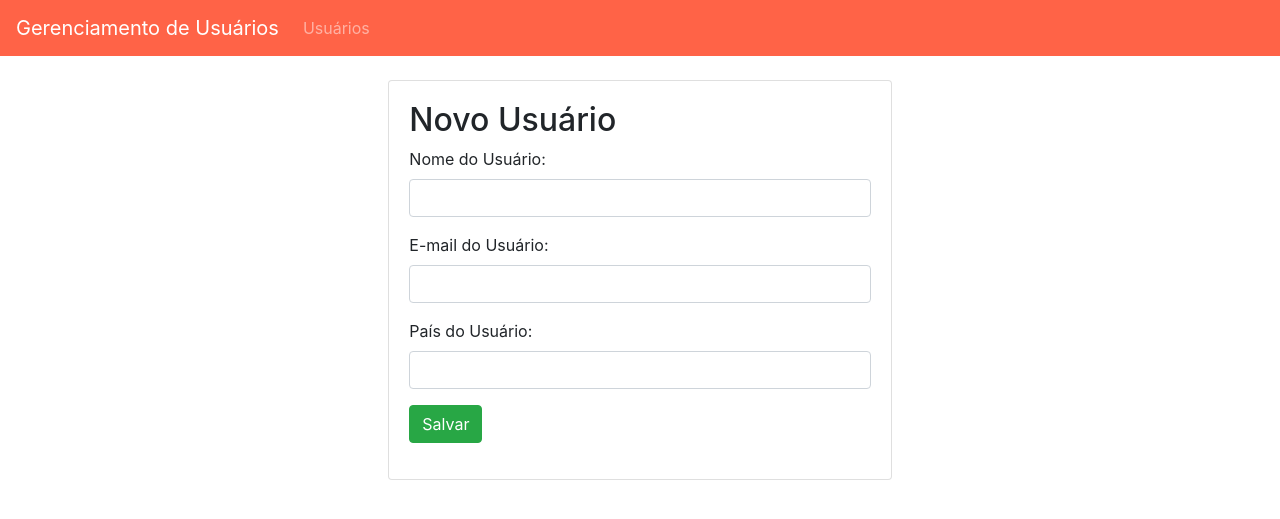
Repository: diegosena7/EstudosJSP
Page: http://localhost/CRUD/new
An editor plug-in stored every save of this project. The page is shown before and after the next save, followed by the edit.
The browser window is 1280 px wide. The pictures show the whole page.
The page is served by Tomcat 9. Other server files are loaded and not shown.

Above is the page before, as saved 2021-07-04 17:38:05.

### CRUD/WebContent/user-form.jsp
<%@ page language="java" contentType="text/html; charset=UTF-8"	pageEncoding="UTF-8"%>
<%@ taglib uri="http://java.sun.com/jsp/jstl/core" prefix="c"%>
<html>
<head>
<title>Aplicativo de Gerenciamento de Usuários</title>
<link rel="stylesheet"
	href="https://stackpath.bootstrapcdn.com/bootstrap/4.3.1/css/bootstrap.min.css"
	integrity="sha384-ggOyR0iXCbMQv3Xipma34MD+dH/1fQ784/j6cY/iJTQUOhcWr7x9JvoRxT2MZw1T"
	crossorigin="anonymous">
</head>
<body>

	<header>
		<nav class="navbar navbar-expand-md navbar-dark" style="background-color: tomato">
			<div>
				<a href="https://www.javaguides.net" class="navbar-brand"> Gerenciamento de Usuários </a>
			</div>

			<ul class="navbar-nav">
				<li><a href="<%=request.getContextPath()%>/list" class="nav-link">Usuários</a></li>
			</ul>
		</nav>
	</header>
	<br>
	<div class="container col-md-5">
		<div class="card">
			<div class="card-body">
				<c:if test="${usuario != null}">
					<form action="update" method="post">
				</c:if>
				<c:if test="${usuario == null}">
					<form action="insert" method="post">
				</c:if>

				<caption>
					<h2>
						<c:if test="${usuario != null}">
            			Editar Usuário
            		</c:if>
						<c:if test="${usuario == null}">
            			Novo Usuário
            		</c:if>
					</h2>
				</caption>

				<c:if test="${usuario != null}">
					<input type="hidden" name="id" value="<c:out value='${usuario.id}' />" />
				</c:if>

				<fieldset class="form-group">
					<label>Nome do Usuário: </label> <input type="text"
						value="<c:out value='${usuario.nome}' />" class="form-control"
						name="nome" required="required">
				</fieldset>

				<fieldset class="form-group">
					<label>E-mail do Usuário: </label> <input type="text"
						value="<c:out value='${usuario.email}' />" class="form-control"
						name="email">
				</fieldset>

				<fieldset class="form-group">
					<label>País do Usuário: </label> <input type="text"
						value="<c:out value='${usuario.pais}' />" class="form-control"
						name="pais">
				</fieldset>

				<button type="submit" class="btn btn-success">Salvar</button>
				</form>
			</div>
		</div>
	</div>
</body>
</html>

### CRUD/src/main/java/controllerServlet/UsuarioServlet.java
package controllerServlet;

import java.io.IOException;
import java.sql.SQLException;
import java.util.List;

import javax.servlet.RequestDispatcher;
import javax.servlet.ServletException;
import javax.servlet.annotation.WebServlet;
import javax.servlet.http.HttpServlet;
import javax.servlet.http.HttpServletRequest;
import javax.servlet.http.HttpServletResponse;

import dao.UsuarioDAO;
import model.Usuario;

/**
 * ControllerServlet.java
 * Este servlet atua como um controlador/controller de requisições web feitas ao aplicativo, tratando de todas as solicitações do usuário.
 * @author Diego Sena
 */

@WebServlet("/")
public class UsuarioServlet extends HttpServlet {

	/** The Constant serialVersionUID. */
	private static final long serialVersionUID = 1L;

	/** The usuario DAO. */
	private UsuarioDAO usuarioDAO;

	/**
	 * Inits the.
	 */
	public void init() {
		usuarioDAO = new UsuarioDAO();
	}

	/**
	 * Do post.
	 * @param request the request
	 * @param response the response
	 * @throws ServletException the servlet exception
	 * @throws IOException Signals that an I/O exception has occurred.
	 */
	protected void doPost(HttpServletRequest request, HttpServletResponse response)	throws ServletException, IOException {
		doGet(request, response);
	}

	/**
	 * Do get.
	 * @param request the request
	 * @param response the response
	 * @throws ServletException the servlet exception
	 * @throws IOException Signals that an I/O exception has occurred.
	 */
	protected void doGet(HttpServletRequest request, HttpServletResponse response) throws ServletException, IOException {
		String action = request.getServletPath();
		try {
			switch (action) {
			case "/new":
				formNovoUsuario(request, response);
				break;
			case "/insert":
				inserirUsuario(request, response);
				break;
			case "/delete":
				deletarUsuarioUnico(request, response);
				break;
			case "/edit":
				formEditarUsuario(request, response);
				break;
			case "/update":
				atualizarUsuarioUnico(request, response);
				break;
			default:
				listarUsuarios(request, response);
				break;
			}
		} catch (SQLException ex) {
			throw new ServletException(ex);
		}
	}

	/**
	 * Listar usuarios.
	 * @param request the request
	 * @param response the response
	 * @throws SQLException the SQL exception
	 * @throws IOException Signals that an I/O exception has occurred.
	 * @throws ServletException the servlet exception
	 */
	private void listarUsuarios(HttpServletRequest request, HttpServletResponse response) throws SQLException, IOException, ServletException {
		List<Usuario> listaDeUsuarios = usuarioDAO.buscarTodosOsUsuarios();
		request.setAttribute("listaDeUsuarios", listaDeUsuarios);
		RequestDispatcher dispatcher = request.getRequestDispatcher("user-list.jsp");
		dispatcher.forward(request, response);
	}

	/**
	 * Form novo usuario.
	 * @param request the request
	 * @param response the response
	 * @throws ServletException the servlet exception
	 * @throws IOException Signals that an I/O exception has occurred.
	 */
	private void formNovoUsuario(HttpServletRequest request, HttpServletResponse response) throws ServletException, IOException {
		RequestDispatcher dispatcher = request.getRequestDispatcher("user-form.jsp");
		dispatcher.forward(request, response);
	}

	/**
	 * Form editar usuario.
	 * @param request the request
	 * @param response the response
	 * @throws SQLException the SQL exception
	 * @throws ServletException the servlet exception
	 * @throws IOException Signals that an I/O exception has occurred.
	 */
	private void formEditarUsuario(HttpServletRequest request, HttpServletResponse response) throws SQLException, ServletException, IOException {
		int id = Integer.parseInt(request.getParameter("id"));
		Usuario usuarioExistente = usuarioDAO.buscarUsuarioPorId(id);
		RequestDispatcher dispatcher = request.getRequestDispatcher("user-form.jsp");
		request.setAttribute("usuario", usuarioExistente);
		dispatcher.forward(request, response);

	}

	/**
	 * Inserir usuario.
	 * @param request the request
	 * @param response the response
	 * @throws SQLException the SQL exception
	 * @throws IOException Signals that an I/O exception has occurred.
	 */
	private void inserirUsuario(HttpServletRequest request, HttpServletResponse response) throws SQLException, IOException {
		String nome = request.getParameter("nome");
		String email = request.getParameter("email");
		String pais = request.getParameter("pais");
		Usuario novoUsuario = new Usuario(nome, email, pais);
		usuarioDAO.inserirUsuario(novoUsuario);
		response.sendRedirect("list");
	}

	/**
	 * Atualizar usuario unico.
	 * @param request the request
	 * @param response the response
	 * @throws SQLException the SQL exception
	 * @throws IOException Signals that an I/O exception has occurred.
	 */
	private void atualizarUsuarioUnico(HttpServletRequest request, HttpServletResponse response) throws SQLException, IOException {
		int id = Integer.parseInt(request.getParameter("id"));
		String nome = request.getParameter("nome");
		String email = request.getParameter("email");
		String pais = request.getParameter("pais");

		Usuario usuarioAtualizado = new Usuario(id, nome, email, pais);
		usuarioDAO.atualizarUsuario(usuarioAtualizado);
		response.sendRedirect("list");
	}

	/**
	 * Deletar usuario unico.
	 * @param request the request
	 * @param response the response
	 * @throws SQLException the SQL exception
	 * @throws IOException Signals that an I/O exception has occurred.
	 */
	private void deletarUsuarioUnico(HttpServletRequest request, HttpServletResponse response) throws SQLException, IOException {
		int id = Integer.parseInt(request.getParameter("id"));
		usuarioDAO.deletarUsuario(id);
		response.sendRedirect("list");
	}
}

### CRUD/src/main/java/dao/CriaConexaoDAO.java
package dao;

import java.sql.Connection;
import java.sql.DriverManager;
import java.sql.SQLException;

/**
 * The Class CriaConexaoDAO.
 */
public class CriaConexaoDAO {

	/** The jdbc driver de conexao. */
	final String driver = "com.mysql.cj.jdbc.Driver";

	/** The jdbc URL de conexao. */
	private String jdbcURLDeConexao = "jdbc:mysql://127.0.0.1:3306/crudUsuarios?useTimezone=true&serverTimezone=UTC";

	/** The jdbc nome de usuario. */
	private String jdbcNomeDeUsuario = "root";

	/** The jdbc senha. */
	private String jdbcSenha = "Santosfc@1912";

	/**
	 * Classe de conexão.
	 * @return the connection
	 */
	protected Connection getConnection() {
		Connection connection = null;
		try {
			Class.forName(driver);
			connection = DriverManager.getConnection(jdbcURLDeConexao, jdbcNomeDeUsuario, jdbcSenha);
		} catch (SQLException e) {
			e.printStackTrace();
			System.out.println(e);
		} catch (ClassNotFoundException e) {
			System.out.println(e);
			e.printStackTrace();
		}
		return connection;
	}
}

After the next save:
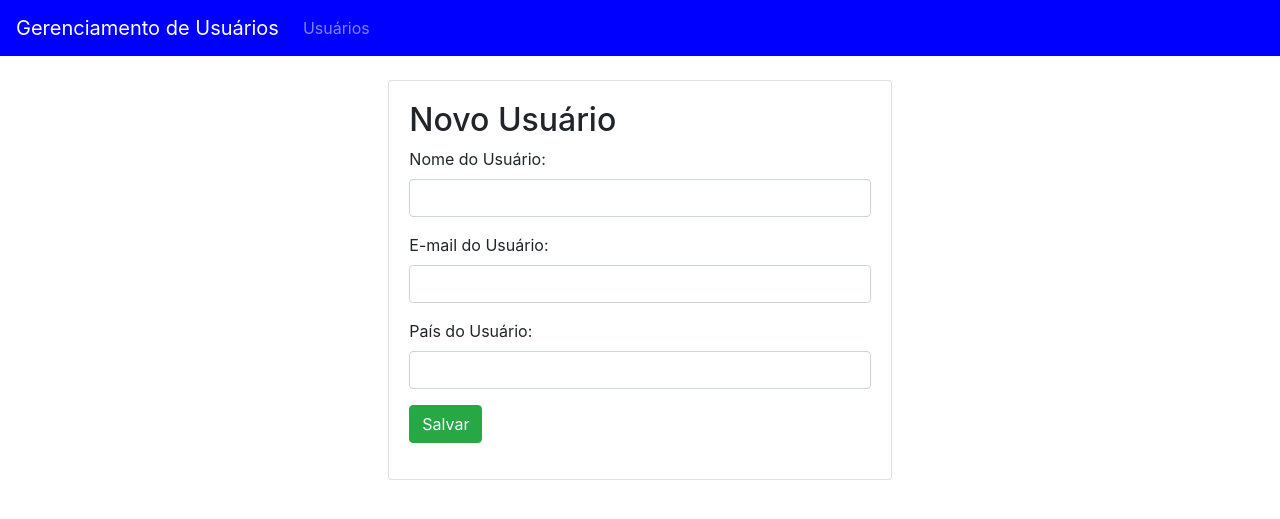
Saved 4 h 8 min later.
--- a/CRUD/WebContent/user-form.jsp
+++ b/CRUD/WebContent/user-form.jsp
@@ -11,7 +11,7 @@
 <body>
 
 	<header>
-		<nav class="navbar navbar-expand-md navbar-dark" style="background-color: tomato">
+		<nav class="navbar navbar-expand-md navbar-dark" style="background-color: blue">
 			<div>
 				<a href="https://www.javaguides.net" class="navbar-brand"> Gerenciamento de Usuários </a>
 			</div>
